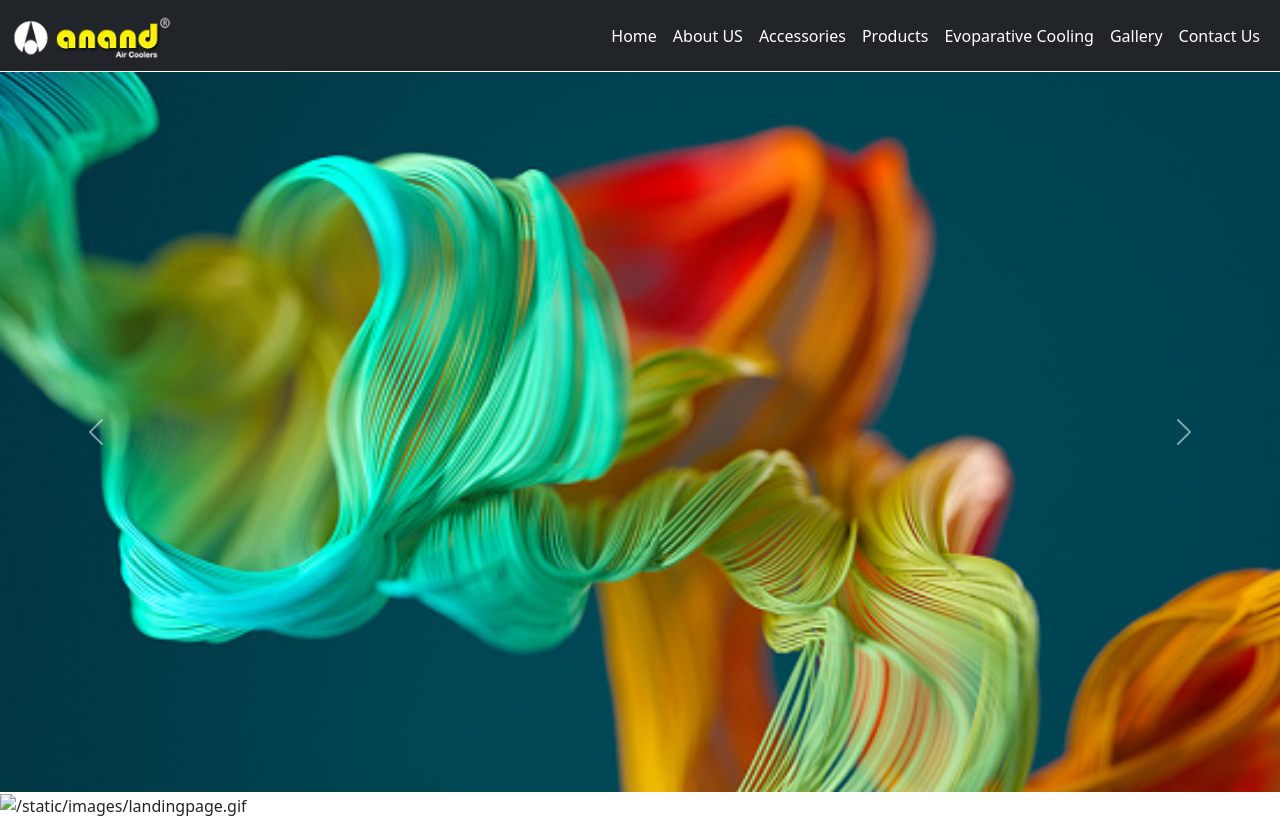
Repository: dhavalmaniyar/divakar
Page: http://localhost/
These files come from the project's save history. The page is drawn as it stood at one moment and after the next save; the edit follows.
The browser window is 1280 px wide. The pictures show the whole page.
The page is served by the project's application, run on Django 3.2 (divakar_app/manage.py). Other server files are loaded and not shown.

Above is the page before, as saved 2021-12-08 11:12:10.

### divakar_app/templates/index.html
{% extends "base.html" %}
{% load static %}
{%block body%}
<br><br><br>
<div id="carouselExampleInterval" class="carousel slide" data-bs-ride="carousel">
    <div class="carousel-inner">
      <div class="carousel-item active" data-bs-interval="2000">
        <img src="{%static '/images/landingpage.jpg'%}" class="d-block w-100" alt="">
      </div>
      <div class="carousel-item" data-bs-interval="2000">
        <img src="{%static '/images/landingpage.jpg'%}" class="d-block w-100" alt="">
      </div>
      <div class="carousel-item">
        <img src="{%static '/images/landingpage.jpg'%}" class="d-block w-100" alt="">
      </div>
    </div>
    <button class="carousel-control-prev" type="button" data-bs-target="#carouselExampleInterval" data-bs-slide="prev">
      <span class="carousel-control-prev-icon" aria-hidden="true"></span>
      <span class="visually-hidden">Previous</span>
    </button>
    <button class="carousel-control-next" type="button" data-bs-target="#carouselExampleInterval" data-bs-slide="next">
      <span class="carousel-control-next-icon" aria-hidden="true"></span>
      <span class="visually-hidden">Next</span>
    </button>
  </div>
  <img src="" alt="{%static '/images/landingpage.gif'%}">
{%endblock body%}

### divakar_app/templates/base.html
{% load static %}
<!DOCTYPE html>
<html lang="en">

<head>
    <meta charset="UTF-8">
    <meta http-equiv="X-UA-Compatible" content="IE=edge">
    <meta name="viewport" content="width=device-width, initial-scale=1.0">
    <link rel="stylesheet" href="{%static '/css/bootstrap.css'%}">
    <script src="{%static '/js/bootstrap.js'%}"></script>
    <script src="https://ajax.googleapis.com/ajax/libs/jquery/3.5.1/jquery.min.js"></script>
    <title>Amar Coolers</title>
</head>
<style>
 .navbar{
     position: absolute;
     right: 0;
     left: 0;
     top: 0;
     z-index: 100;
      }
</style>

<body>
    <nav class="navbar navbar-expand-lg navbar-dark bg-dark">
        <div class="container-fluid">
            <a class="navbar-brand" href="#">
                <img src="{%static '/images/logo.webp'%}" alt="" width="100%" height="44"
                    class="d-inline-block align-text-top">
            </a>
            <button class="navbar-toggler" type="button" data-bs-toggle="collapse" data-bs-target="#navbarNavAltMarkup"
                aria-controls="navbarNavAltMarkup" aria-expanded="false" aria-label="Toggle navigation">
                <span class="navbar-toggler-icon"></span>
            </button>
            <div class="collapse navbar-collapse justify-content-end" id="navbarNavAltMarkup">
                <div class="navbar-nav">
                    <a class="nav-link active" href="#">Home</a>
                    <a class="nav-link active" href="#">About US</a>
                    <a class="nav-link active" href="#">Accessories</a>
                    <a class="nav-link active" href="#">Products</a>
                    <a class="nav-link active" href="#">Evoparative Cooling</a>
                    <a class="nav-link active" href="#">Gallery</a>
                    <a class="nav-link active" href="#">Contact Us</a>
                </div>
            </div>
        </div>
    </nav>
    {% block body %}

    {% endblock body %}
</body>

</html>

### divakar_app/divakar_app/urls.py
"""divakar_app URL Configuration

The `urlpatterns` list routes URLs to views. For more information please see:
    https://docs.djangoproject.com/en/3.1/topics/http/urls/
Examples:
Function views
    1. Add an import:  from my_app import views
    2. Add a URL to urlpatterns:  path('', views.home, name='home')
Class-based views
    1. Add an import:  from other_app.views import Home
    2. Add a URL to urlpatterns:  path('', Home.as_view(), name='home')
Including another URLconf
    1. Import the include() function: from django.urls import include, path
    2. Add a URL to urlpatterns:  path('blog/', include('blog.urls'))
"""
from django.contrib import admin
from django.urls import path
from django.urls.conf import include

urlpatterns = [
    path('',include('amar_coolers.urls')),
    path('admin/', admin.site.urls),
]

### divakar_app/amar_coolers/urls.py
from django.contrib import admin
from django.urls import path
from . import views
urlpatterns = [
    path('',views.index,name='index'),
]

Loaded but not shown: divakar_app/amar_coolers/views.py (common file); divakar_app/static/css/bootstrap.css (library); divakar_app/static/js/bootstrap.js (library)

After the next save:
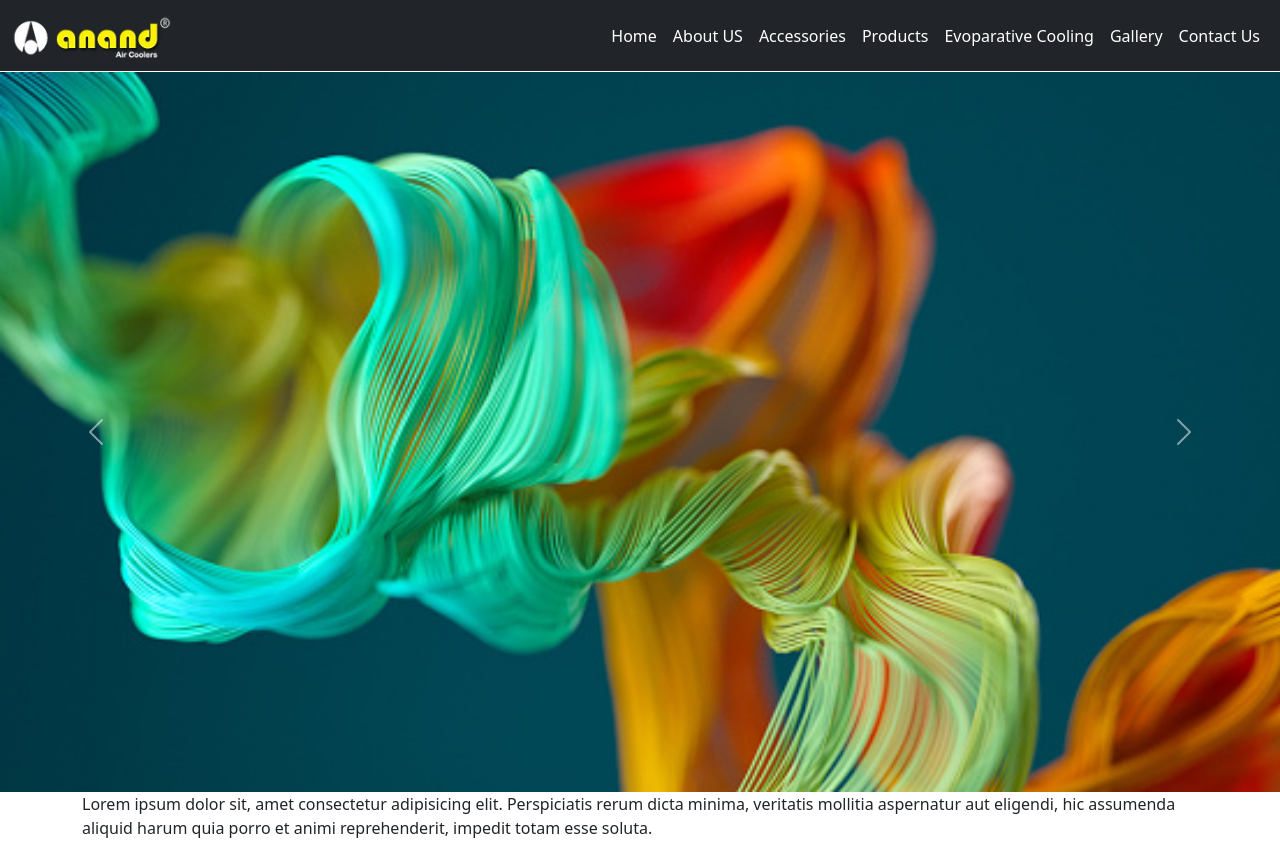
Saved 36 s later.
--- a/divakar_app/templates/index.html
+++ b/divakar_app/templates/index.html
@@ -23,5 +23,7 @@
       <span class="visually-hidden">Next</span>
     </button>
   </div>
-  <img src="" alt="{%static '/images/landingpage.gif'%}">
+  <div class="container">
+      <p>Lorem ipsum dolor sit, amet consectetur adipisicing elit. Perspiciatis rerum dicta minima, veritatis mollitia aspernatur aut eligendi, hic assumenda aliquid harum quia porro et animi reprehenderit, impedit totam esse soluta.</p>
+  </div>
 {%endblock body%}
